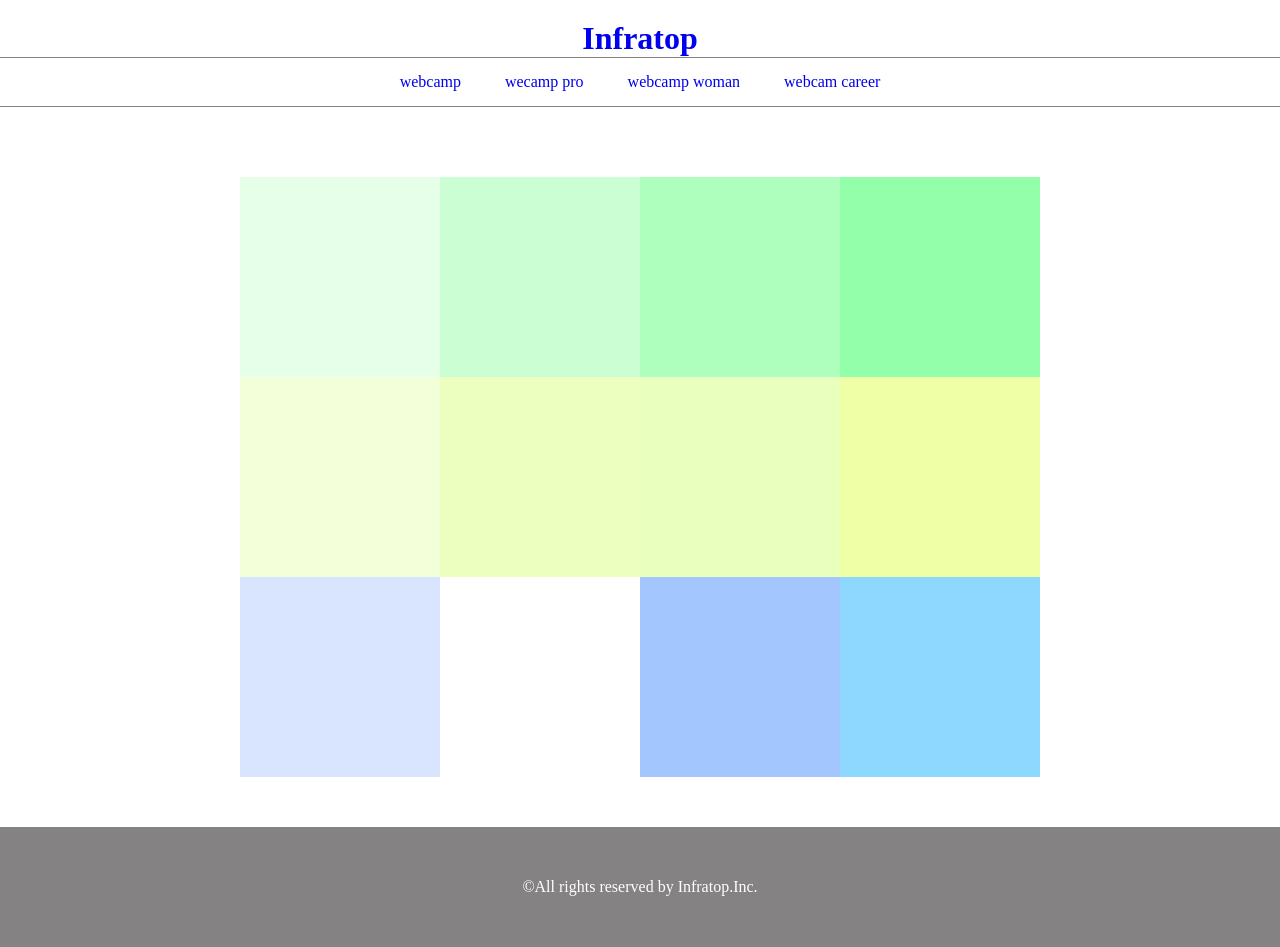
Repository: ego-boosting/assightment_1
Page: infratop/index.html
The author's editor kept a record of every edit. The page is drawn from the files as they stood at one moment, then again after the next edit.
The browser window is 1280 px wide. The pictures show the whole page.

Above is the page before.

### infratop/index.html
<!DOCTYPE html>
<html lang="ja">
  <head>
    <meta charset="UTF-8" />
    <!-- CSSファイルの読み込み -->
    <link rel="stylesheet" href="style.css" />
    <title>Infratop</title>
  </head>

<body>
  <header>
    <h1 class="heading">
      <a href="index.html">Infratop</a>
    </h1>
    <nav>
      <ul class="nav-list" >
        <li class="nav-list-item">
          <a href="index.html">webcamp</a>
        </li>

        <li class="nav-list-item">
          <a href="index.html">wecamp pro</a>
        </li>

        <li class="nav-list-item">
          <a href="index.html">webcamp woman</a>
        </li>

        <li class="nav-list-item">
          <a href="index.html">webcam career</a>
        </li>
      </ul>
    </nav>
  </header>

  <div class="main">
    <div class="box1"></div>
    <div class="box2"></div>
    <div class="box3"></div>
    <div class="box4"></div>
    <div class="box5"></div>
    <div class="box6"></div>
    <div class="box7"></div>
    <div class="box8"></div>
    <div class="box9"></div>
    <div class="box10"></div>
    <div class="box11"></div>
    <div class="box12"></div>
  </div>

  <footer>
    <p class="footer-text">©All rights reserved by Infratop.Inc.</p>
  </footer>




</body>
</html>

### infratop/style.css
*{
  margin: 0;
  padding: 0;
  box-sizing:border-box;
}

a{
  text-decoration: none;
}

header{
  width: 100%;
  padding: 20px 0;
  text-align: center;
}

.heading{
  font-size: 32px;
}

.nav-list{
  /*下記*/
  text-align: center;
  padding: 15px 0;
  margin: 0 auto;
  border-bottom: 1px solid #848282;
  border-top: 1px solid #848282;
}

.nav-list-item{
  list-style: none;
  display: inline-block;
  margin: 0 20px;
}

.main{
  width: 800px;
  /*中央寄せ*/
  margin: 50px auto;
  display: flex;
  flex-wrap: wrap;
}

.box1{
  width: 200px;
  height: 200px;
  background-color: #e6ffe9;
}

.box2{
  width: 200px;
  height: 200px;
  background-color: #cbffd3;
}

.box3{
  width: 200px;
  height: 200px;
  background-color: #aeffbd;
}

.box4{
  width: 200px;
  height: 200px;
  background-color: #93ffab;
}

.box5{
  width: 200px;
  height: 200px;
  background-color: #f3ffd8;
}

.box6{
  width: 200px;
  height: 200px;
  background-color: #edffbe;
}

.box7{
  width: 200px;
  height: 200px;
  background-color: #e9ffbe;
}

.box8{
  width: 200px;
  height: 200px;
  background-color: #efffa5;
}

.box9{
  width: 200px;
  height: 200px;
  background-color: #d9e5ff;
}

.box10{
  width: 200px;
  height: 200px;
  background-color: #bad35ff;
}

.box11{
  width: 200px;
  height: 200px;
  background-color: #a4c6ff;
}

.box12{
  width: 200px;
  height: 200px;
  background-color: #8ed8ff;
}

footer{
  width: 100%;
  height: 120px;
  text-align: center;
  line-height: 120px;
  background-color: #848282;
}

.footer-text{
  color: #fff;
}

After the next edit:
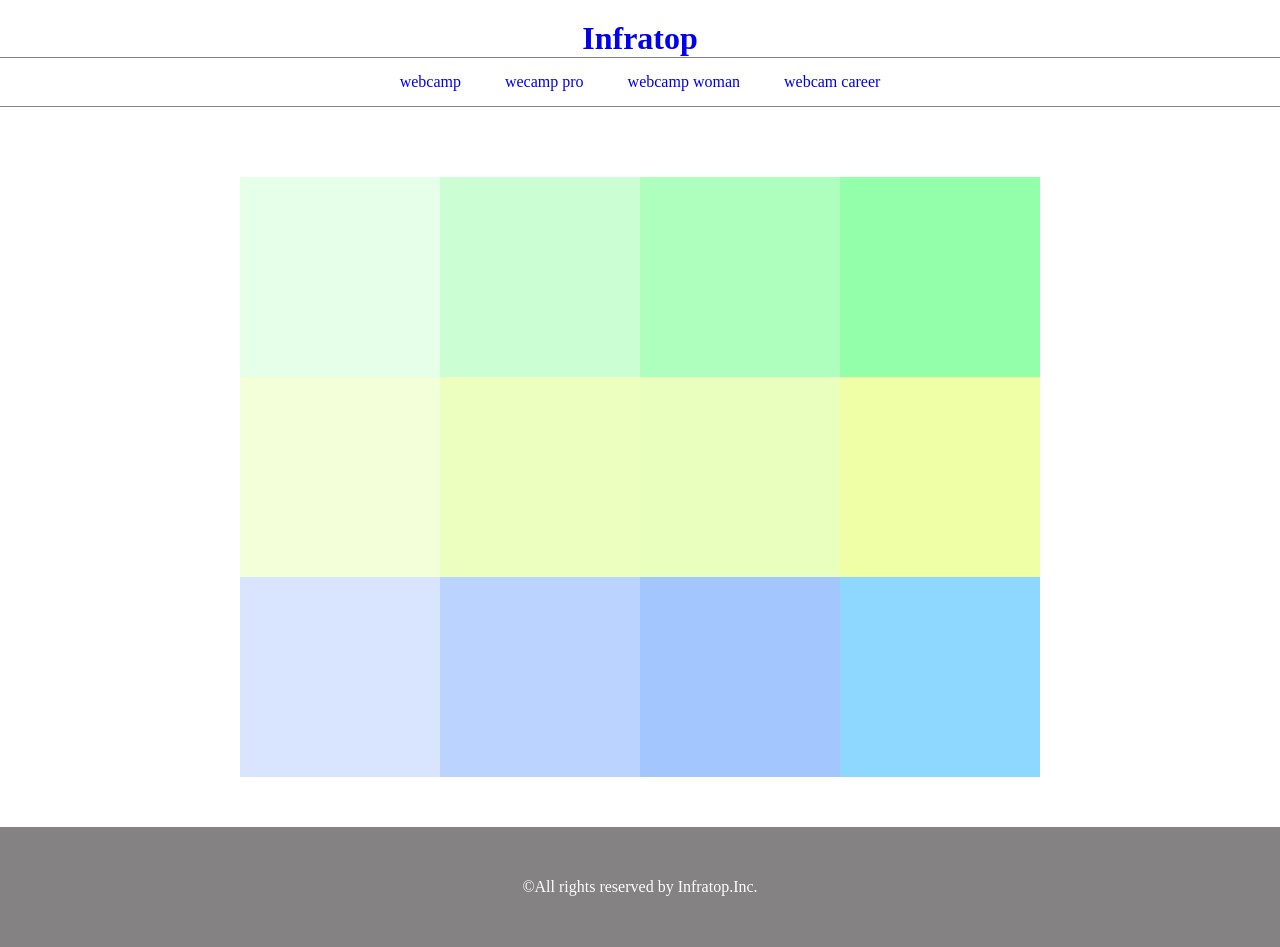
The edit:
--- a/infratop/style.css
+++ b/infratop/style.css
@@ -98,7 +98,7 @@
 .box10{
   width: 200px;
   height: 200px;
-  background-color: #bad35ff;
+  background-color: #bad3ff;
 }
 
 .box11{
